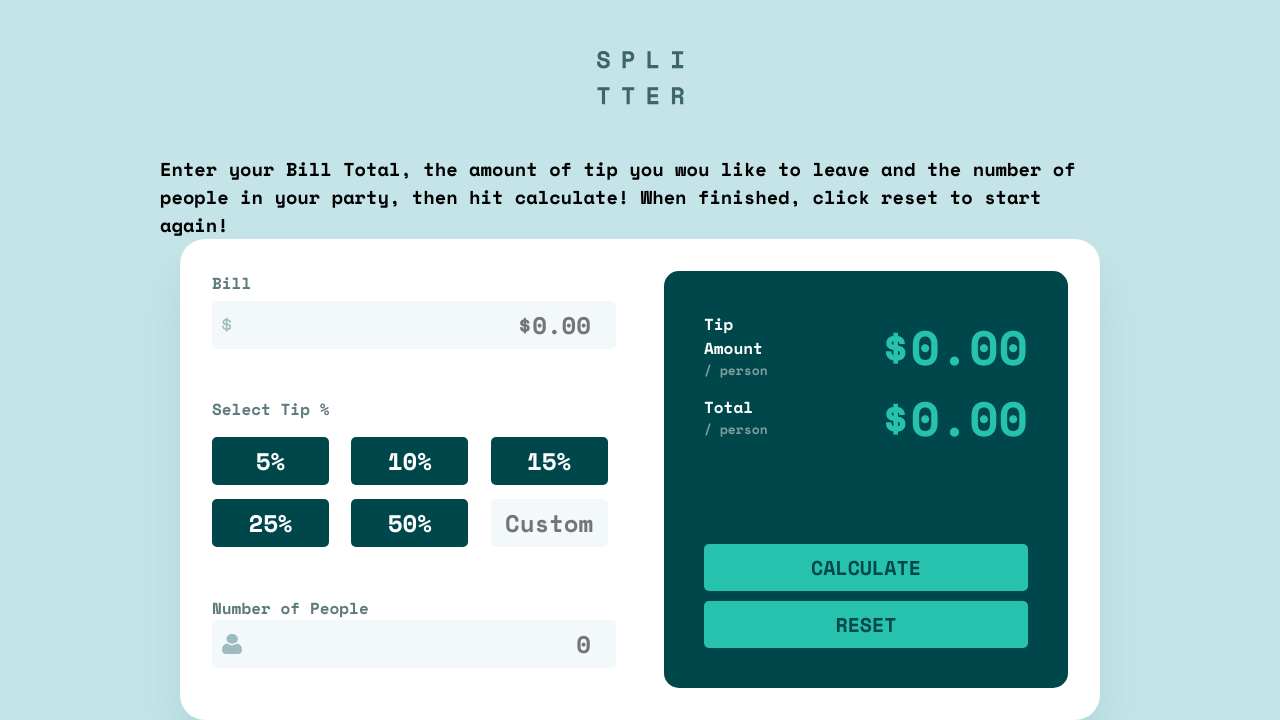
Repository: brandontaylor1/splitter
Page: index.html
The author's editor kept a copy of each file at every save. The page is drawn from the files as they stood at one save, then again after the next save.
The browser window is 1280 px wide. The pictures show the whole page.

Above is the page before, as saved 2025-02-07 14:07:04.

### index.html
<!DOCTYPE html>
<html lang="en">
<head>
    <meta charset="UTF-8">
    <meta name="viewport" content="width=device-width, initial-scale=1.0">
    <link rel="preconnect" href="https://fonts.googleapis.com">
    <link rel="preconnect" href="https://fonts.gstatic.com" crossorigin>
    <link href="https://fonts.googleapis.com/css2?family=Space+Mono:ital,wght@0,400;0,700;1,400;1,700&display=swap" rel="stylesheet">
    <link rel="stylesheet" href="styles.css">
    <title>Splitter | Tip Calculator</title>
</head>
<body>
    <img src="./assets/images/logo.svg" id="logo-image" alt="logo image">
    <h1 class="error-message" id="form-error"></h1>
    <h3>Enter your Bill Total, the amount of tip you wou like to leave and the number of people in your party, then hit calculate! When finished, click reset to start again!</h3>
    <main class="container">
        <form>
            <div class="left-column">
                <div class="bill-input">
                    <div class="bill-titles">
                        <h2>Bill</h2>
                        <p class="error-message" id="bill-error"></p>
                    </div>
                    <div class="bill-input-with-icon">
                        <input type="number" min="0.00" max="10000.00" id="bill-input" placeholder="$0.00">
                    </div>
                </div>
                <div class="tip-input">
                    <div class="tip-titles">
                        <h2 id="select-tip-title">Select Tip %</h2>
                        <p class="error-message" id="tip-error"></p>
                    </div>
                    <div class="tip-buttons">
                        <button type="button" class="tip-button" value=".05">5%</button>
                        <button type="button" class="tip-button" value=".10">10%</button>
                        <button type="button" class="tip-button" value=".15">15%</button>
                        <button type="button" class="tip-button" value=".25">25%</button>
                        <button type="button" class="tip-button" value=".50">50%</button>
                        <input type="text" id="custom-tip" placeholder="Custom">
                    </div>
                </div>
                <div class="number-of-people-input">
                    <div class="people-titles">
                        <h2 id="number-of-people-title">Number of People</h2>
                        <p class="error-message" id="people-error"></p>
                    </div>
                    <div class="person-input-with-icon">
                        <input type="number" id="number-of-people-input" placeholder="0">
                    </div>
                </div>
            </div>
        </form>
        <div class="right-column">
                <div class="info-container">
                    <div class="tip-calculations">
                        <div class="tip-amount">
                            <div class="info">
                                <h3>Tip Amount</h3>
                                <p>/ person</p>
                            </div>
                            <div class="amount">
                                <h1 id="tip-amount">$0.00</h1>
                            </div>
                        </div>
                        <div class="total">
                            <div class="info">
                                <h3>Total</h3>
                                <p>/ person</p>
                            </div>
                            <div class="amount">
                                <h1 id="total-amount">$0.00</h1>
                            </div>
                        </div>
                    </div>
                    <div class="button-container">
                        <button type="button" id="calculate-button">
                            CALCULATE
                        </button>
                        <button type="button" id="reset-button">
                            RESET
                        </button>
                    </div>
        </div>
    </main>

    <script src="index.js"></script>
</body>
</html>

### styles.css
* {
    box-sizing: border-box;
    margin: 0;
    padding: 0;
}

:root {
    --background-color: #C5E4E7;
    --input-button-color: #00474B;
    --primary-white: #fff;
    --calculated-numbers-color: #26C2AE;
    --input-title-color: #5E7A7D;
    --input-background-color: #F3F9FA;
    --input-icon-color: #9EBBBD;
    --title-text-color: #3D6666;
    --custom-input-color: #547878;
}

/* UTILITY CLASSES */
.space-mono-regular {
    font-family: "Space Mono", serif;
    font-weight: 400;
    font-style: normal;
  }

  .space-mono-bold {
    font-family: "Space Mono", serif;
    font-weight: 700;
    font-style: normal;
  }

  .space-mono-regular-italic {
    font-family: "Space Mono", serif;
    font-weight: 400;
    font-style: italic;
  }

  .space-mono-bold-italic {
    font-family: "Space Mono", serif;
    font-weight: 700;
    font-style: italic;
  }


body {
    background-color: #C5E4E7;
    height: 100vh;
    width: 100%;
    display: flex;
    flex-direction: column;
    justify-content: center;
    align-items: center;
    font-family: "Space Mono", monospace;
}

#logo-image {
    margin: 50px 0;
}

h3 {
    width: 75%
}

.container {
    background-color: var(--primary-white);
    width: 920px;
    height: 481px;
    border-radius: 25px;
    box-shadow: 0px 32px 43px 0px rgba(79, 166, 175, 0.20);
    display: grid;
    gap: 48px;
    grid-template-columns: 1fr 1fr;
    padding: 32px;
}

.left-column {
    display: flex;
    flex-direction: column;
    justify-content: space-between;
    width: 100%;
    height: 100%;
}

.right-column {
    grid-column: 2 / 3;
    width: 100%;
    height: 100%;
    border-radius: 15px;
    background-color: var(--input-text-color);
}

input {
    height: 48px;
    width: 100%;
    padding: 10px;
    display: flex;
    flex-direction: row;
    justify-content: space-between;
    background-color: var(--input-background-color);
    border: none;
    border-radius: 5px;
    margin-bottom: 20px;
}

.person-input-with-icon input{
    width: 100%;
    font-family: "Space Mono", monospace;
    font-size: 24px;
    color: #00474B;
    font-weight: 600;
    background-image: url("./assets/images/icon-person.svg");
    background-repeat: no-repeat;
    background-position: 10px center;
    background-size: 20px 20px;
    text-align: right;
}

#bill-input {
    width: 100%;
    font-family: "Space Mono", monospace;
    font-size: 24px;
    font-weight: 600;
}

#number-of-people-input {
    width: 100%;
    font-family: "Space Mono", monospace;
    font-size: 24px;
    color: #00474B;
    font-weight: 600;
}

.bill-input-with-icon input {
    width: 100%;
    font-family: "Space Mono", monospace;
    font-size: 24px;
    color: #00474B;
    font-weight: 600;
    background-image: url("./assets/images/icon-dollar.svg");
    background-repeat: no-repeat;
    background-position: 10px center;
    background-size: auto 15px;
    text-align: right;
}

.bill-input h2 {
    font-size: 16px;
    color: var(--input-title-color);
    margin-bottom: 6px;
}

.tip-buttons {
    display: grid;
    grid-template-columns: repeat(3, 1fr);
    gap: 14px;
}

#select-tip-title {
    color: #5E7A7D;
    font-size: 16px;
    margin-bottom: 16px;
}

.tip-button {
    width: 117px;
    height: 48px;
    flex-shrink: 0;
    border: none;
    border-radius: 5px;
    background-color: #00474B;
    color: var(--primary-white);
    font-family: "Space Mono", monospace;
    font-size: 24px;
    font-weight: 600;
}


.tip-button:hover {
    background-color: #26C2AE;
    color: #00474B;
}

.active {
    background-color: #26C2AE;
    color: #00474B;
}

.disabled {
    background-color: #00474B;
    color: #5E7A7D;
    opacity: .5;
}

#custom-tip {
    width: 117px;
    height: 48px;
    flex-shrink: 0;
    text-align: center;
    font-size: 24px;
    font-weight: 600;
    font-family: "Space Mono", monospace;
}

#number-of-people-title {
    color: #5E7A7D;
    font-size: 16px;
}


.right-column {
    background-color: #00474B;
    padding: 40px;
    display: flex;
    flex-direction: column;
    justify-content: space-between;
}

.info-container {
    display: flex;
    flex-direction: column;
    justify-content: space-between;
    height: 100%;

}

.tip-amount, .total {
    display: flex;
    flex-direction: row;
    justify-content: space-between;
    align-items: center;
    color: var(--primary-white);
}

.amount {
    color: #26C2AE;
    font-size: 24px;
    font-family: "Space Mono", monospace;
}

.info h3 {
    font-size: 16px;
    color: var(--primary-white);
}

.info p {
    font-size: 13px;
    color: #7F9D9F;
    font-family: "Space Mono", monospace;
    font-weight: 700;
}

.button-container {
    display: flex;
    flex-direction: column;


}

#calculate-button   {
    padding: 9px 40px;
    text-align: center;
    border: none;
    cursor: pointer;
    background-color: #26C2AE;
    color: #00474B;
    border-radius: 5px;
    font-size: 20px;
    font-weight: 600;
    font-family: "Space Mono", monospace;
    margin-bottom: 10px;
}

#reset-button {
    padding: 9px 40px;
    text-align: center;
    border: none;
    cursor: pointer;
    background-color: #26C2AE;
    color: #00474B;
    border-radius: 5px;
    font-size: 20px;
    font-weight: 600;
    font-family: "Space Mono", monospace;
}

.error-message {
    color: red;
    font-size: 10px;
}

.bill-titles, .people-titles, .tip-titles {
    display: flex;
    flex-direction: row;
    justify-content: space-between;
    align-items: center;
}

#form-error {
    font-size: 18px;
}

@media screen and (max-width: 852px) {
    .container {
        width: 90%;
        height: 100%;
        display: flex;
        flex-direction: column;
        justify-content: space-between;
        padding: 20px;
    }

    .right-column {
        grid-column: 1 / 2;
        width: 100%;
        height: 100%;
        border-radius: 15px;
        background-color: var(--input-text-color);
    }

    .left-column {
        display: flex;
        flex-direction: column;
        justify-content: space-between;
        width: 100%;
        height: 100%;
    }

    .right-column {
        background-color: #00474B;
        padding: 40px;
        display: flex;
        flex-direction: column;
        justify-content: space-between;
    }

    .info-container {
        display: flex;
        flex-direction: column;
        justify-content: space-between;
        height: 100%;
    }

    .tip-amount, .total {
        display: flex;
        flex-direction: row;
        justify-content: space-between;
        align-items: center;
        color: var(--primary-white);
    }

    .amount {
        color: #26C2AE;
        font-size: 24px;
        font-family: "Space Mono", monospace;
    }

    .info h3 {
        font-size: 16px;
        color: var(--primary-white);
    }

    .info p {
        font-size: 13px;
        color: #7F9D9F;
        font-family: "Space Mono", monospace;
        font-weight: 700;
    }

    .button-container {
        display: flex;
        flex-direction: column;
    }

    #calculate-button   {
        padding: 9px 40px;
        text-align: center;
        border: none;
        cursor: pointer;
        background-color: #26C2AE;
        color: #00474B;
        border-radius: 5px;
        font-size: 20px;
        font-weight: 600;
        font-family: "Space Mono", monospace;
        margin-bottom: 10px;
    }

    #reset-button {
        padding: 9px 40px;
        text-align: center;
        border: none;
        cursor: pointer;
        background-color: #26C2AE;
    }
}

### index.js
const billInput = document.querySelector("#bill-input");
const peopleInput = document.querySelector("#number-of-people-input");
const tipAmountElement = document.getElementById("tip-amount");
const totalAmountElement = document.getElementById("total-amount");
const tipButtons = document.querySelectorAll('.tip-button')

const calculateBtn = document.querySelector("#calculate-button");
const resetBtn = document.querySelector("#reset-button");
const formError = document.querySelector('#form-error')
const peopleError = document.querySelector("#people-error");
const billError = document.querySelector('#bill-error')
const tipError = document.querySelector('#tip-error')

let billAmount = 0
let tipPercentage = 0
let numberOfPeople = 0

tipButtons.forEach(button => {
    button.addEventListener('click', () => {
        if(button.classList.contains('active')) {
            button.classList.remove('active')
        } else {
            button.classList.add('active')
        }
        tipPercentage = button.value
        console.log(tipPercentage)
    })
})

function validateAmount(input) {
    if(!isNaN(input) && input !== "" && input > 0) {
        const dollarAmount = parseFloat(input);
        billAmount = dollarAmount;
    } else {
        console.log("Invalid input. Please enter a valid number");
        billError.textContent = "Please enter a valid number";
    }
}

function validatePeople(input) {
    if(!isNaN(input) && input !== "" && input > 0) {
        const people = parseFloat(input);
        numberOfPeople = people;
        console.log(numberOfPeople)
    } else {
        console.log("Invalid input. Please enter a valid number");
        peopleError.textContent = "Please enter a valid number";
    }
}

function calculateTipAmount(bill, tipCalculated, people) {
    return (bill * tipCalculated) / people
}

function calculateTotalAmount(bill, tipAmount, people) {
    return (bill + tipAmount) / people

}

calculateBtn.addEventListener("click", () => {
    let hasError = false;

    // if(billAmount === undefined || tipPercentage === undefined || numberOfPeople === undefined) {
    //     formError.innerText = "Please fill out all fields";
    //     hasError = true;
    // }

    if (billAmount === undefined || billAmount === "" || billAmount === 0) {
        billError.innerText = "Please enter a bill amount";
        hasError = true;
        tip.innerText = "$0.00";
        total.innerText = "$0.00";
    } else {
        billError.innerText = "";
    }

    if (tipPercentage === undefined || tipPercentage === "" || tipPercentage === 0) {
        tipError.innerText = "Please select a tip percentage";
        hasError = true;
        tip.innerText = "$0.00";
        total.innerText = "$0.00";
    } else {
        tipError.innerText = "";
    }

    if (numberOfPeople === undefined || numberOfPeople === "" || numberOfPeople === 0) {
        peopleError.innerText = "Please enter a valid number";
        hasError = true;
        tip.innerText = "$0.00";
        total.innerText = "$0.00";
    } else {
        peopleError.innerText = "";
    }


    const tipAmount = calculateTipAmount(billAmount, tipPercentage, numberOfPeople)
    const totalAmount = calculateTotalAmount(billAmount, tipAmount, numberOfPeople)

    tipAmountElement.innerText = `$${tipAmount.toFixed(2)}`;
    totalAmountElement.innerText = `$${totalAmount.toFixed(2)}`;

    calculateBtn.disabled = true;

})

resetBtn.addEventListener("click", () => {
    billInput.value = ""
    peopleInput.value = ""
    tipAmount = 0
    totalBill = 0
    tipAmountElement.innerText = "$0.00"
    totalAmountElement.innerText = "$0.00"
    tipButtons.forEach(button => {
        button.classList.remove('active')
    })
    tipPercentage = 0
    billAmount = 0
    numberOfPeople = 0
    formError.innerText = ""
    billError.innerText = ""
    tipError.innerText = ""
    peopleError.innerText = ""

    calculateBtn.disabled = false

})

billInput.addEventListener("input", () => {
    console.log(billInput.value);
    validateAmount(billInput.value);
})

peopleInput.addEventListener("input", () => {
    console.log(peopleInput.value);
    validatePeople(peopleInput.value);
})

After the next save:
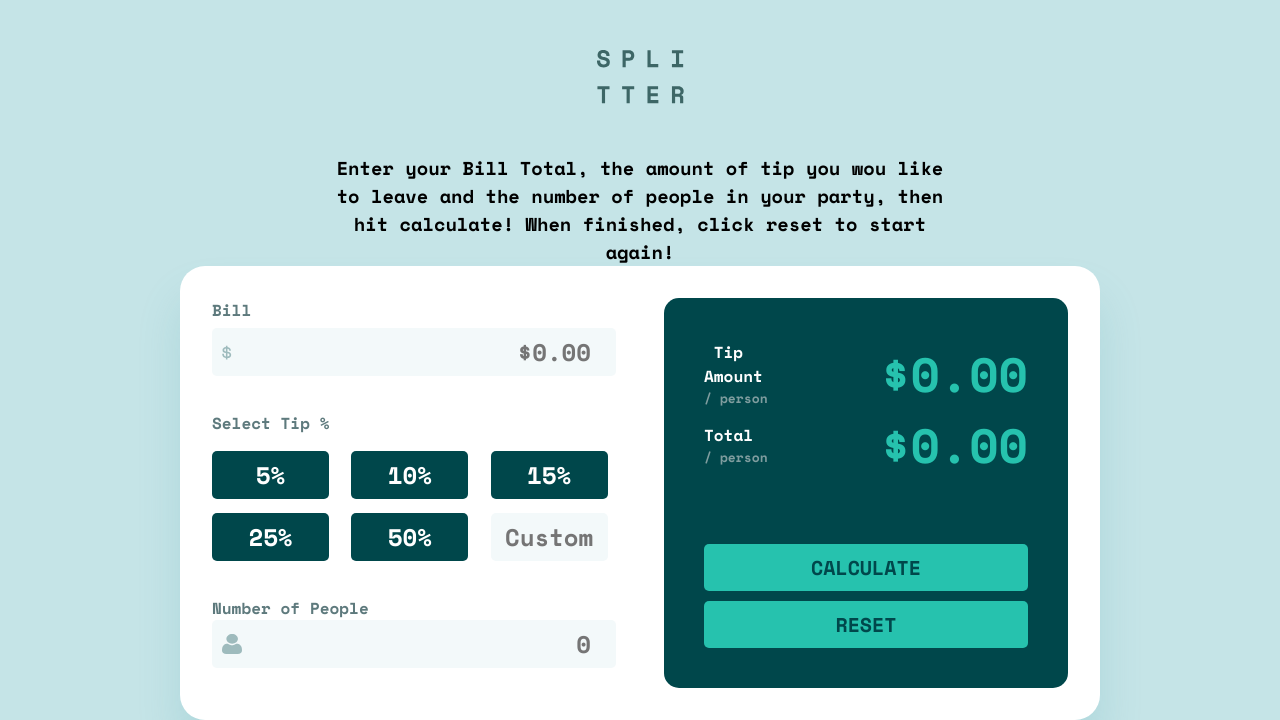
Saved 11 s later.
--- a/styles.css
+++ b/styles.css
@@ -58,7 +58,9 @@ body {
 }
 
 h3 {
-    width: 75%
+    width: 50%;
+    text-align: center;
+    color: ;
 }
 
 .container {
